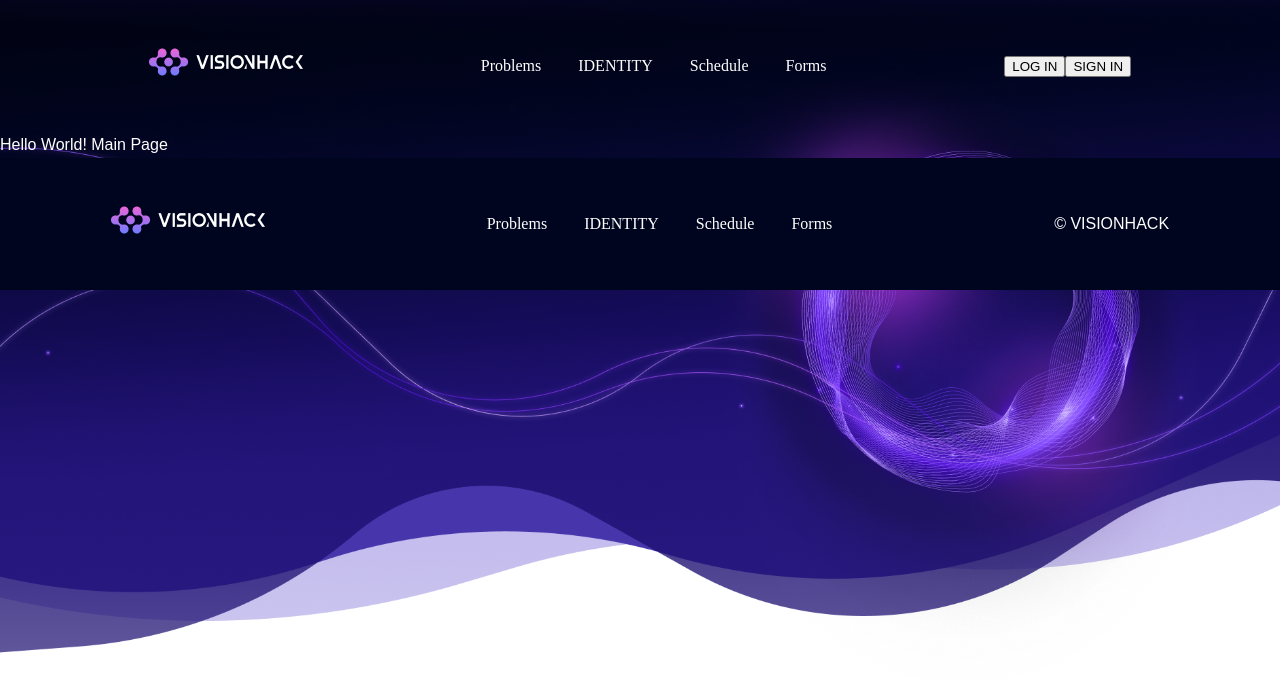
Repository: krmvz/VisionHack
Page: /
These files come from the project's save history. The page is drawn as it stood at one moment and after the next save; the edit follows.
The browser window is 1280 px wide. The pictures show the whole page.
The project was rebuilt for these pictures with package versions that can differ from the ones it lists, and the page was loaded fresh each time.

Above is the page before, as saved 2024-05-23 12:31:13.

After the next save:
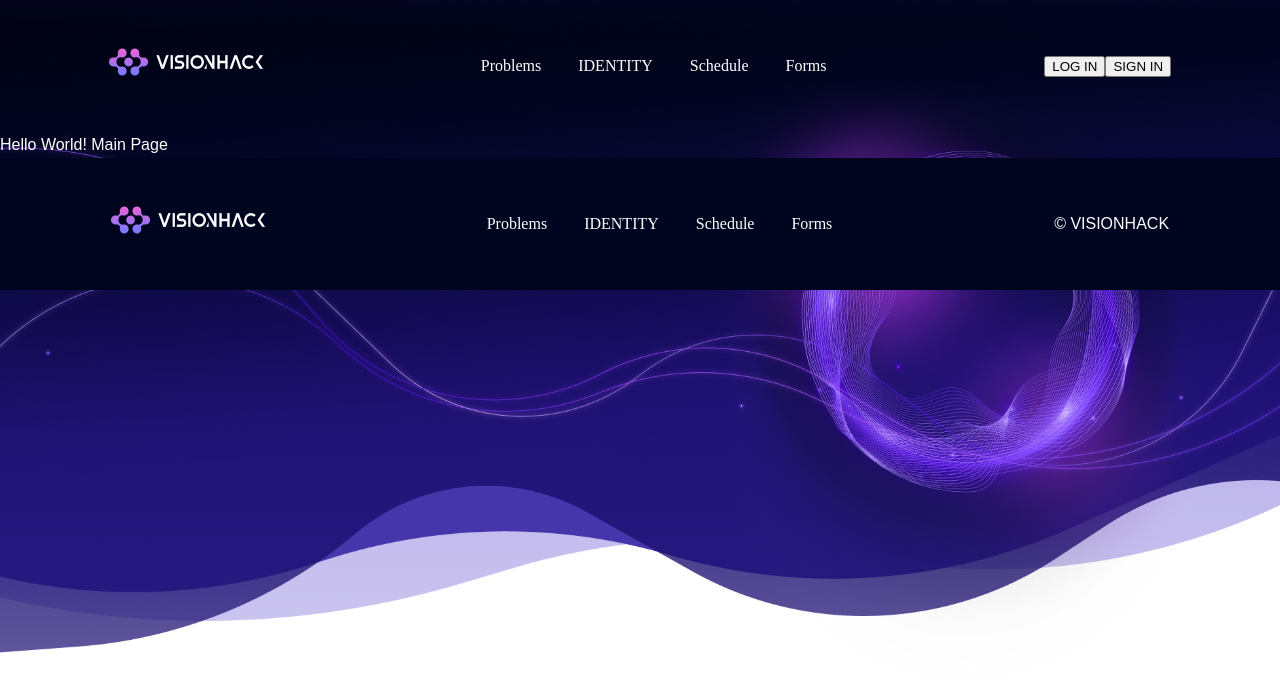
Saved 6 s later.
--- a/src/components/Header/header.jsx
+++ b/src/components/Header/header.jsx
@@ -5,7 +5,7 @@
 
 const Header = () => {
   return (
-    <header className='header container'>
+    <header className='header'>
       <div className="logo"><img src={logo} alt="logo Vision Hack" /></div>
       <div className="navbar">
         <a href="">Problems</a>
